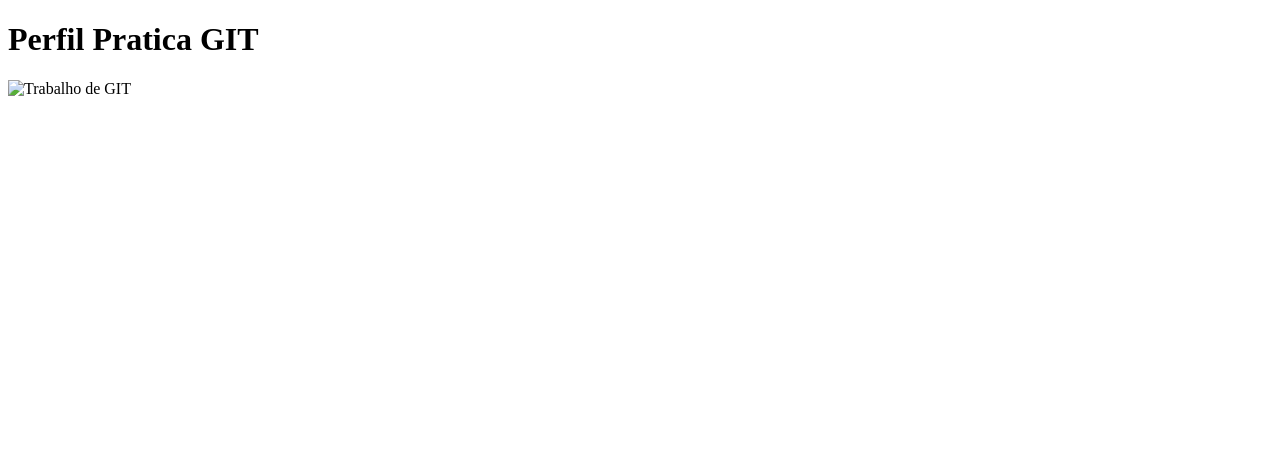
Repository: Andressa-Sim/Pratica-Descomplica
Page: index.html
These files come from the project's save history. The page is drawn as it stood at one moment and after the next save; the edit follows.
The browser window is 1280 px wide. The pictures show the whole page.

Above is the page before, as saved 2023-11-12 14:19:47.
Not found: Cachorro.png.jpeg

### index.html
<!DOCTYPE html>

<html lang=“pt-br”>

<head>

<title>Cachorro</title>

<meta charset="utf-8">

</head>

<body>

<h1>Perfil Pratica GIT</h1>

<img src="Cachorro.png.jpeg" alt="Trabalho de GIT">

</body>

</html>

After the next save:
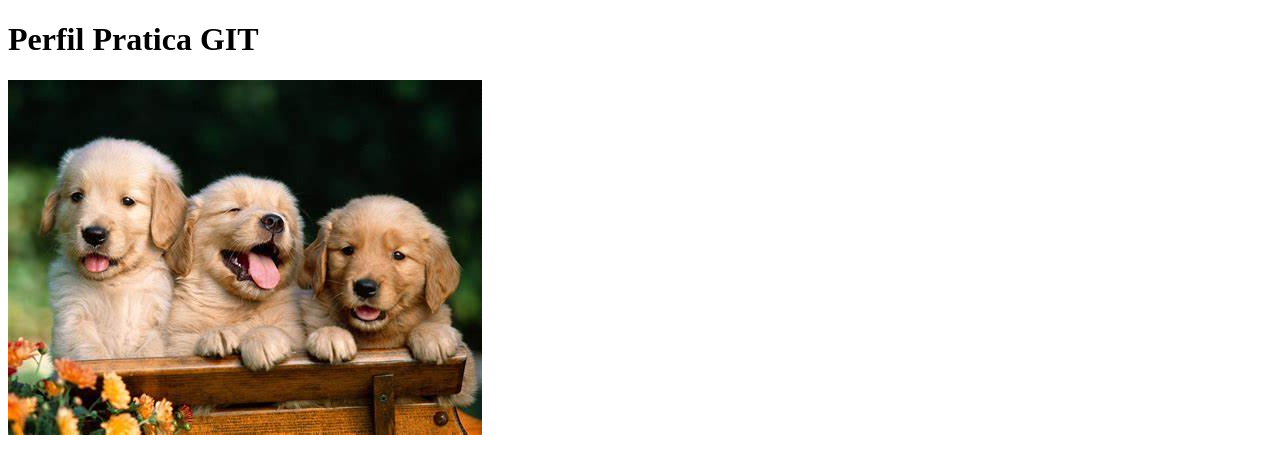
Saved 10 min 8 s later.
--- a/index.html
+++ b/index.html
@@ -14,7 +14,7 @@
 
 <h1>Perfil Pratica GIT</h1>
 
-<img src="Cachorro.png.jpeg" alt="Trabalho de GIT">
+<img src="Imagens.p/cachorro.jpeg" alt=" Minha Primeira Imagem "
 
 </body>
 
